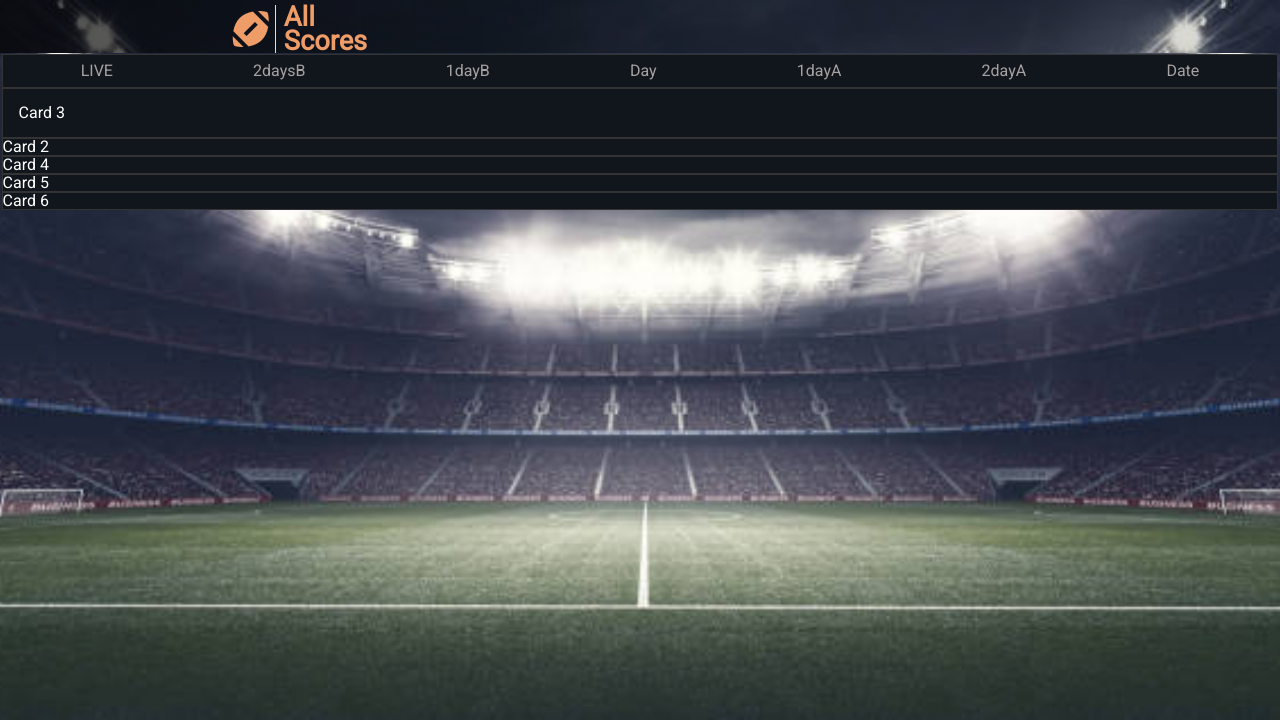
Repository: boomshakar/AllScores
Page: index.html
These files come from the project's save history. The page is drawn as it stood at one moment and after the next save; the edit follows.
The browser window is 1280 px wide. The pictures show the whole page.
The style sheet was rebuilt from its Sass, Less or Tailwind sources for each picture, by a compiler version that may differ from the author's.

Above is the page before, as saved 2021-03-30 02:25:01.

### index.html
<!DOCTYPE html>
<html lang="en">
  <head>
    <meta charset="UTF-8" />
    <meta http-equiv="X-UA-Compatible" content="IE=edge" />
    <meta name="viewport" content="width=device-width, initial-scale=1.0" />
    <title>All Scores</title>
    <link rel="stylesheet" href="css/main.css" />
    <link
      rel="stylesheet"
      href="https://fonts.googleapis.com/icon?family=Material+Icons"
    />
  </head>
  <body>
    <header>
      <a href="index.html" class="head-name__logo">
        <span class="material-icons md-48">sports_football</span>
        <h1>All<br />Scores</h1>
      </a>
      <ul class="head-name">
        <a href="index.html"
          ><li class="head-name__mob active">
            <span class="material-icons md-36">sports_soccer</span>
            <h3>Soccer</h3>
          </li></a
        >
        <a href="#"
          ><li class="head-name__mob">
            <span class="material-icons md-36">sports_basketball</span>
            <h3>Basket</h3>
          </li></a
        >
        <a href="#"
          ><li class="head-name__mob">
            <span class="material-icons md-36">golf_course</span>
            <h3>Golf</h3>
          </li></a
        >
        <a href="#"
          ><li class="head-name__mob">
            <span class="material-icons md-36">sports_tennis</span>
            <h3>Tennis</h3>
          </li></a
        >
      </ul>
      <div class="menu-btn">
        <span class="menu-btn__burger"></span>
      </div>
      <nav class="nav">
        <ul class="menu-nav">
          <div class="menu-nav__time">
            Lorem ipsum, dolor sit amet consectetur adipisicing elit. Qui
            quidem, dignissimos asperiores totam nesciunt laborum at consectetur
            nam temporibus ea.
          </div>
          <li class="menu-nav__item active">
            <a href="index.html" class="menu-nav__link">Soccer</a>
          </li>
          <li class="menu-nav__item">
            <a href="#" class="menu-nav__link">Basketball</a>
          </li>
          <li class="menu-nav__item">
            <a href="#" class="menu-nav__link">Tennis</a>
          </li>
          <li class="menu-nav__item">
            <a href="#" class="menu-nav__link">Hockey</a>
          </li>
          <li class="menu-nav__item">
            <a href="#" class="menu-nav__link">Golf</a>
          </li>
          <li class="menu-nav__item">
            <a href="#" class="menu-nav__link">Basketball</a>
          </li>
          <li class="menu-nav__item">
            <a href="#" class="menu-nav__link">Tennis</a>
          </li>
          <li class="menu-nav__item">
            <a href="#" class="menu-nav__link">Hockey</a>
          </li>
          <li class="menu-nav__item">
            <a href="#" class="menu-nav__link">Golf</a>
          </li>
          <li class="menu-nav__item">
            <a href="#" class="menu-nav__link">Basketball</a>
          </li>
          <li class="menu-nav__item">
            <a href="#" class="menu-nav__link">Tennis</a>
          </li>
          <li class="menu-nav__item">
            <a href="#" class="menu-nav__link">Hockey</a>
          </li>
          <li class="menu-nav__item">
            <a href="#" class="menu-nav__link">Golf</a>
          </li>
          <div class="menu-nav__foot">
            Lorem ipsum dolor sit amet consectetur adipisicing elit. Quisquam
            quod neque provident ex cumque adipisci, iusto, tempora quibusdam
            maxime, magni autem perferendis? Quibusdam, tenetur. Laudantium,
            velit reiciendis deleniti perferendis nesciunt vitae dolores itaque
            aut voluptas dolor veritatis. Optio ducimus consectetur nisi sequi,
            nesciunt id quis mollitia, laborum voluptates necessitatibus modi.
          </div>
        </ul>
      </nav>
    </header>
    <div class="grid-contain">
      <span class="card">
        <div class="date-select">
          <a href="#"><div class="date-select__match">LIVE</div></a>
          <a href="#"><div class="date-select__match">2daysB</div></a>
          <a href="#"><div class="date-select__match">1dayB</div></a>
          <a href="#"><div class="date-select__match">Day</div></a>
          <a href="#"><div class="date-select__match">1dayA</div></a>
          <a href="#"><div class="date-select__match">2dayA</div></a>
          <a href="#"><div class="date-select__match">Date</div></a>
        </div>
      </span>
      <div class="card">Card 2</div>
      <div class="card">Card 3</div>
      <div class="card">Card 4</div>
      <div class="card">Card 5</div>
      <div class="card">Card 6</div>
    </div>
  </body>
  <script src="main.js"></script>
</html>

### main.js
const menuBtn = document.querySelector(".menu-btn");
const menuBurger = document.querySelector(".menu-btn__burger");
const nav = document.querySelector(".nav");
const headName = document.querySelector(".head-name");
const menuNav = document.querySelector(".menu-nav");
const menuNavList = document.querySelectorAll(".menu-nav__item");

let menuOpen = false;

menuBtn.addEventListener("click", toggleMenu);

function toggleMenu() {
  if (!menuOpen) {
    menuBurger.classList.add("open");
    nav.classList.add("open");
    headName.classList.add("open");
    menuNav.classList.add("open");
    menuNavList.forEach((item) => item.classList.add("open"));

    menuOpen = true;
  } else {
    menuBurger.classList.remove("open");
    nav.classList.remove("open");
    headName.classList.remove("open");
    menuNav.classList.remove("open");
    menuNavList.forEach((item) => item.classList.remove("open"));

    menuOpen = false;
  }
}

### scss/main.scss
@import "config";
@import "menu";
@import "home";
@import "responsive";

body {
  position: relative;
  background: $primary-color;
  color: $text-color;
  height: 100vh;
  font-family: "Roboto", "Segoe UI", Tahoma, Verdana, sans-serif;
  line-height: 1;
  background: url(../img/stadium3.jpg);
  background-size: cover;
  background-repeat: no-repeat;
  background-position: center;
  background-attachment: fixed;
}

header {
  display: flex;
  z-index: 2;
  background: linear-gradient(to right, rgba(#000, 0.7), rgba(#000, 0.1)),
    url(../img/head.jpg);
  background-size: cover;
  background-repeat: no-repeat;
  position: fixed;
  width: 100vw;
  padding-top: 0.3rem;

  a {
    color: $secondary-color;
  }
}

### scss/_config.scss
$primary-color: #24303a;
$secondary-color: #ee9d68;
$text-color: #fae56f;
$text-color2: rgb(167, 162, 162);

* {
  box-sizing: border-box;
  margin: 0;
  padding: 0;
  outline: 0;
  list-style: none;
}
a {
  text-decoration: none;
}

@import url("https://fonts.googleapis.com/css2?family=Roboto&display=swap");

@mixin transition-mix {
  transition: all 0.5s ease-in-out;
}

@mixin media-xxsm {
  @media screen and (max-width: 313px) {
    @content;
    ul.head-name {
      visibility: hidden;
    }
  }
}

@mixin media-xsm {
  @media screen and (min-width: 314px) and (max-width: 359px) {
    @content;
  }
}

@mixin media-sm {
  @media screen and (min-width: 360px) and (max-width: 399px) {
    @content;
  }
}

@mixin media-smd {
  @media screen and (min-width: 400px) {
    @content;
  }
}

@mixin media-md {
  @media screen and (min-width: 500px) {
    @content;
  }
}

@mixin media-lg {
  @media screen and (min-width: 700px) {
    @content;
  }
}

@mixin media-xl {
  @media screen and (min-width: 1000px) {
    @content;
  }
}

### scss/_menu.scss
.menu-btn {
  position: fixed;
  z-index: 1;
  width: 28px;
  height: 20px;
  top: 0.8rem;
  right: 0.7rem;
  background: transparent;
  cursor: pointer;
  @include transition-mix;
  &__burger {
    position: absolute;
    width: 20px;
    height: 3px;
    right: 0.5rem;
    top: 0.5rem;
    background: pink;
    border-radius: 5px;
    @include transition-mix;

    &::before {
      content: "";
      position: absolute;
      width: 28px;
      height: 3px;
      top: -8px;
      background: $text-color;
      border-radius: 5px;
      @include transition-mix;
    }

    &::after {
      content: "";
      position: absolute;
      width: 28px;
      height: 3px;
      top: 8px;
      background: $text-color;
      border-radius: 5px;
      @include transition-mix;
    }

    &.open {
      transform: rotate(720deg);
      background: transparent;

      &::before {
        transform: rotate(45deg) translate(5px, 8px);
        background: $secondary-color;
      }
      &::after {
        transform: rotate(-45deg) translate(3px, -7px);
        background: $secondary-color;
      }
    }
  }
}
nav {
  position: fixed;
  top: 0;
  left: 0;
  width: 100vw;
  visibility: hidden;
  &.open {
    visibility: visible;
  }
}

.menu-nav {
  display: grid;
  grid-template-columns: 1fr;
  grid-template-rows: 1fr;
  width: 100vw;
  height: 100vh;
  top: 50px;
  left: 0;
  right: 0;
  bottom: 0;
  overflow-y: scroll;
  overflow-x: hidden;
  background: $primary-color;
  opacity: 0.97;
  transform: translateY(-100%);
  @include transition-mix;

  &.open {
    transform: translateY(0);
  }
  &__time {
    padding: 1.5rem 1.5rem 1rem 1.5rem;
    line-height: 1.2;
    font-size: 12px;
  }

  &__item {
    transform: translateX(100vw);
    border-bottom: 1px solid rgb(102, 96, 96);
    @include transition-mix;
    &:nth-of-type(1) {
      border-top: 1px solid rgb(102, 96, 96);
    }
    &.open {
      transform: translateX(0);
    }
    &.active > a {
      color: $secondary-color;
    }
  }

  &__link {
    display: grid;
    font-size: 1.1rem;
    padding: 0.7rem 0;
    font-weight: 600;
    text-transform: uppercase;
    text-align: center;
    color: rgb(167, 162, 162);
    @include transition-mix;

    &:hover {
      color: $secondary-color;
    }
  }

  &__foot {
    padding: 2rem 1.5rem 200px 1.5rem;
    font-size: 12px;
  }
}

@for $f from 1 through 14 {
  .menu-nav__item:nth-child(#{$f}) {
    transition-delay: ($f * 0.1s) + 0.05s;
  }
}

### scss/_home.scss
.grid-contain {
  padding: 3.4rem 0.1rem 1.5rem 0.1rem;
  display: grid;
  grid-template-columns: 1fr;

  .card {
    background: darken($primary-color, 10%);
    border: 1px solid #333;
    color: #fff;

    &:nth-child(1) {
      //date selector
      grid-column: 1;
      grid-row: 1/ 2;
      padding: 0.5rem;
      .date-select {
        display: flex;
        flex-direction: row;
        justify-content: space-around;
        width: 100%;
        a {
          color: $text-color2;
        }
      }
    }

    &:nth-child(2) {
      //left side
      grid-column: 1;
      grid-row: 3 / 4;
    }

    &:nth-child(3) {
      //main menu
      grid-column: 1;
      grid-row: 2 / 3;
      padding: 1rem;
    }

    &:nth-child(4) {
      //right side
      grid-column: 1;
      grid-row: 4 / 5;
    }

    &:nth-child(5) {
      //stciky ad below
      grid-column: 1;
      grid-row: 5 / 6;
    }

    &:nth-child(6) {
      //footer
      grid-column: 1;
      grid-row: 6 / 7;
    }
  }
}

### scss/_responsive.scss
@include media-xxsm {
  header {
    height: 2.8rem;
    justify-content: space-between;
    .head-name__logo {
      display: flex;
      flex-direction: row;
      cursor: pointer;
      &:hover > .material-icons {
        color: $text-color;
      }

      .material-icons {
        font-size: 2.5rem;
        align-items: center;
        cursor: pointer;
        @include transition-mix;
      }
      h1 {
        font-weight: 800;
        border-left: 1px solid $text-color;
        line-height: 1.3rem;
        padding: 0 0.5rem;
        font-size: 1.1rem;
        cursor: pointer;
      }
    }
  }
}

@include media-xsm {
  header {
    justify-content: space-between;
    .head-name__logo {
      display: flex;
      flex-direction: row;
      cursor: pointer;
      height: 2.5rem;
      &:hover > .material-icons {
        color: $text-color;
      }

      .material-icons {
        font-size: 2.5rem;
        align-items: center;
        cursor: pointer;
        @include transition-mix;
      }
      h1 {
        font-weight: 800;
        border-left: 1px solid $text-color;
        line-height: 1.3rem;
        padding: 0 0.5rem;
        font-size: 1.1rem;
        cursor: pointer;
      }
    }
    ul.head-name {
      display: flex;
      flex-direction: row;
      margin-right: 2rem;
      &.open {
        visibility: hidden;
      }

      .head-name__mob {
        border-left: 1px solid $text-color2;
        padding: 0 0.2rem;
        text-align: center;
        width: 3rem;
        @include transition-mix;
        &.active {
          background: linear-gradient(
            to right,
            rgba(#fff, 0.3),
            rgba(#fff, 0.1)
          );
          color: $text-color;
          border-radius: 5px;
          border-left: 1px solid $text-color;
        }
        &:hover > .material-icons {
          color: $text-color;
        }
      }
      .material-icons {
        font-size: 1.3rem;
        cursor: pointer;
        @include transition-mix;
      }
      h3 {
        font-size: 0.7rem;
      }
    }
    .menu-btn {
      right: -0.3rem;
    }
  }
}

@include media-sm {
  header {
    justify-content: space-between;
    .head-name__logo {
      display: flex;
      flex-direction: row;
      cursor: pointer;
      height: 2.5rem;
      &:hover > .material-icons {
        color: $text-color;
      }

      .material-icons {
        font-size: 2.5rem;
        align-items: center;
        cursor: pointer;
        @include transition-mix;
      }
      h1 {
        font-weight: 800;
        border-left: 1px solid $text-color;
        line-height: 1.3rem;
        padding: 0 0.5rem;
        font-size: 1.1rem;
        cursor: pointer;
      }
    }
    ul.head-name {
      display: flex;
      flex-direction: row;
      margin-right: 2rem;
      &.open {
        visibility: hidden;
      }

      .head-name__mob {
        border-left: 1px solid $text-color2;
        padding: 0 0.5rem;
        text-align: center;
        width: 3.3rem;
        &.active {
          background: linear-gradient(
            to right,
            rgba(#fff, 0.3),
            rgba(#fff, 0.1)
          );
          color: $text-color;
          border-radius: 5px;
          border-left: 1px solid $text-color;
        }
        &:hover > .material-icons {
          color: $text-color;
        }
      }
      .material-icons {
        font-size: 1.3rem;
        cursor: pointer;
        @include transition-mix;
      }
      h3 {
        font-size: 0.8rem;
      }
    }
    .menu-btn {
      right: 0.3rem;
    }
  }
}

@include media-smd {
  header {
    justify-content: space-between;
    .head-name__logo {
      display: flex;
      flex-direction: row;
      cursor: pointer;
      &:hover > .material-icons {
        color: $text-color;
      }

      .material-icons {
        font-size: 3rem;
        align-items: center;
        cursor: pointer;
        @include transition-mix;
      }
      h1 {
        font-weight: 800;
        border-left: 1px solid $text-color;
        line-height: 1.5rem;
        padding: 0 0.5rem;
        font-size: 1.4rem;
        cursor: pointer;
      }
    }
    ul.head-name {
      display: flex;
      flex-direction: row;
      margin-right: 2rem;
      &.open {
        visibility: hidden;
      }

      .head-name__mob {
        border-left: 1px solid $text-color2;
        padding: 0 0.3rem;
        text-align: center;
        width: 3.4rem;
        @include transition-mix;
        &.active {
          background: linear-gradient(
            to right,
            rgba(#fff, 0.3),
            rgba(#fff, 0.1)
          );
          color: $text-color;
          border-radius: 5px;
          border-left: 1px solid $text-color;
        }
        &:hover > .material-icons {
          color: $text-color;
        }
      }
      .material-icons {
        font-size: 1.7rem;
        cursor: pointer;
        @include transition-mix;
      }
      h3 {
        font-size: 0.8rem;
      }
    }
    .menu-btn {
      top: 1.2rem;
      right: 0.4rem;
    }
  }
}

@include media-md {
  header {
    justify-content: space-between;
    .head-name__logo {
      display: flex;
      flex-direction: row;
      cursor: pointer;
      &:hover > .material-icons {
        color: $text-color;
      }

      .material-icons {
        font-size: 3rem;
        align-items: center;
        cursor: pointer;
        @include transition-mix;
      }
      h1 {
        font-weight: 800;
        border-left: 1px solid $text-color;
        line-height: 1.5rem;
        padding: 0 0.5rem;
        font-size: 1.7rem;
        cursor: pointer;
      }
    }
    ul.head-name {
      display: flex;
      flex-direction: row;
      margin-right: 5rem;
      &.open {
        visibility: hidden;
      }

      .head-name__mob {
        border-left: 1px solid $text-color2;
        padding: 0 0.5rem;
        text-align: center;
        width: 3.8rem;
        @include transition-mix;
        &.active {
          background: linear-gradient(
            to right,
            rgba(#fff, 0.3),
            rgba(#fff, 0.1)
          );
          color: $text-color;
          border-radius: 5px;
          border-left: 1px solid $text-color;
        }
        &:hover > .material-icons {
          color: $text-color;
        }
      }
      .material-icons {
        font-size: 1.7rem;
        cursor: pointer;
        @include transition-mix;
      }
      h3 {
        font-size: 0.8rem;
      }
    }
  }
}

@include media-lg {
  header {
    justify-content: space-evenly;
    .head-name__logo {
      display: flex;
      flex-direction: row;
      cursor: pointer;
      margin-right: 8rem;
      &:hover > .material-icons {
        color: $text-color;
      }

      .material-icons {
        font-size: 3rem;
        align-items: center;
        cursor: pointer;
        @include transition-mix;
      }
      h1 {
        font-weight: 800;
        border-left: 1px solid $text-color;
        line-height: 1.5rem;
        padding: 0 0.5rem;
        font-size: 1.7rem;
        cursor: pointer;
      }
    }
    ul.head-name {
      display: flex;
      flex-direction: row;
      &.open {
        visibility: hidden;
      }

      .head-name__mob {
        border-left: 1px solid $text-color2;
        padding: 0 0.3rem;
        text-align: center;
        width: 3.8rem;
        &.active {
          background: linear-gradient(
            to right,
            rgba(#fff, 0.3),
            rgba(#fff, 0.1)
          );
          color: $text-color;
          border-radius: 5px;
          border-left: 1px solid $text-color;
        }
        &:hover > .material-icons {
          color: $text-color;
        }
      }
      .material-icons {
        font-size: 1.7rem;
        cursor: pointer;
        @include transition-mix;
      }
      h3 {
        font-size: 0.8rem;
      }
    }
    .menu-btn {
      visibility: hidden;
    }
  }
}

@include media-xl {
  header {
    justify-content: space-evenly;
    .head-name__logo {
      display: flex;
      flex-direction: row;
      cursor: pointer;
      margin-right: 8rem;
      &:hover > .material-icons {
        color: $text-color;
      }

      .material-icons {
        font-size: 3rem;
        align-items: center;
        cursor: pointer;
        @include transition-mix;
      }
      h1 {
        font-weight: 800;
        border-left: 1px solid $text-color;
        line-height: 1.5rem;
        padding: 0 0.5rem;
        font-size: 1.7rem;
        cursor: pointer;
      }
    }
    ul.head-name {
      display: flex;
      flex-direction: row;
      &.open {
        visibility: hidden;
      }

      .head-name__mob {
        border-left: 1px solid $text-color2;
        padding: 0 0.3rem;
        text-align: center;
        width: 3.8rem;
        &.active {
          background: linear-gradient(
            to right,
            rgba(#fff, 0.3),
            rgba(#fff, 0.1)
          );
          color: $text-color;
          border-radius: 5px;
          border-left: 1px solid $text-color;
        }
        &:hover > .material-icons {
          color: $text-color;
        }
      }
      .material-icons {
        font-size: 1.7rem;
        cursor: pointer;
        @include transition-mix;
      }
      h3 {
        font-size: 0.8rem;
      }
    }
  }
}

After the next save:
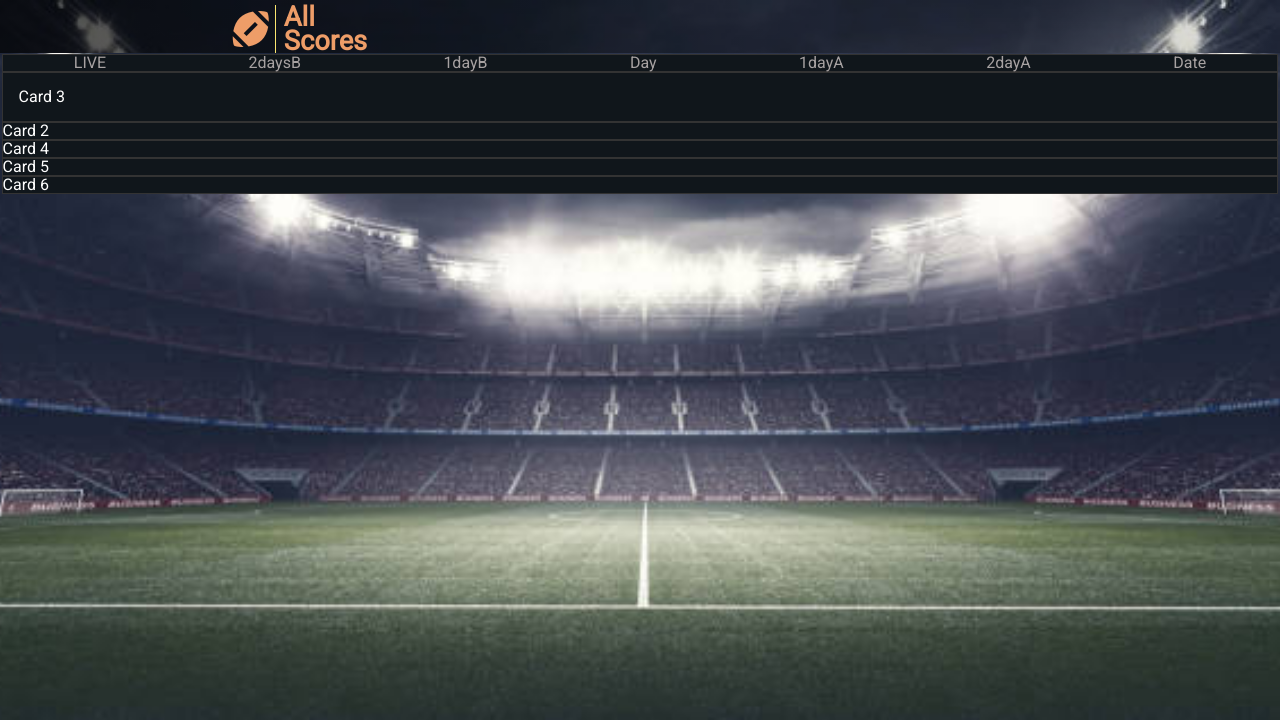
Saved 3 min 42 s later.
--- a/scss/_home.scss
+++ b/scss/_home.scss
@@ -12,7 +12,6 @@
       //date selector
       grid-column: 1;
       grid-row: 1/ 2;
-      padding: 0.5rem;
       .date-select {
         display: flex;
         flex-direction: row;
